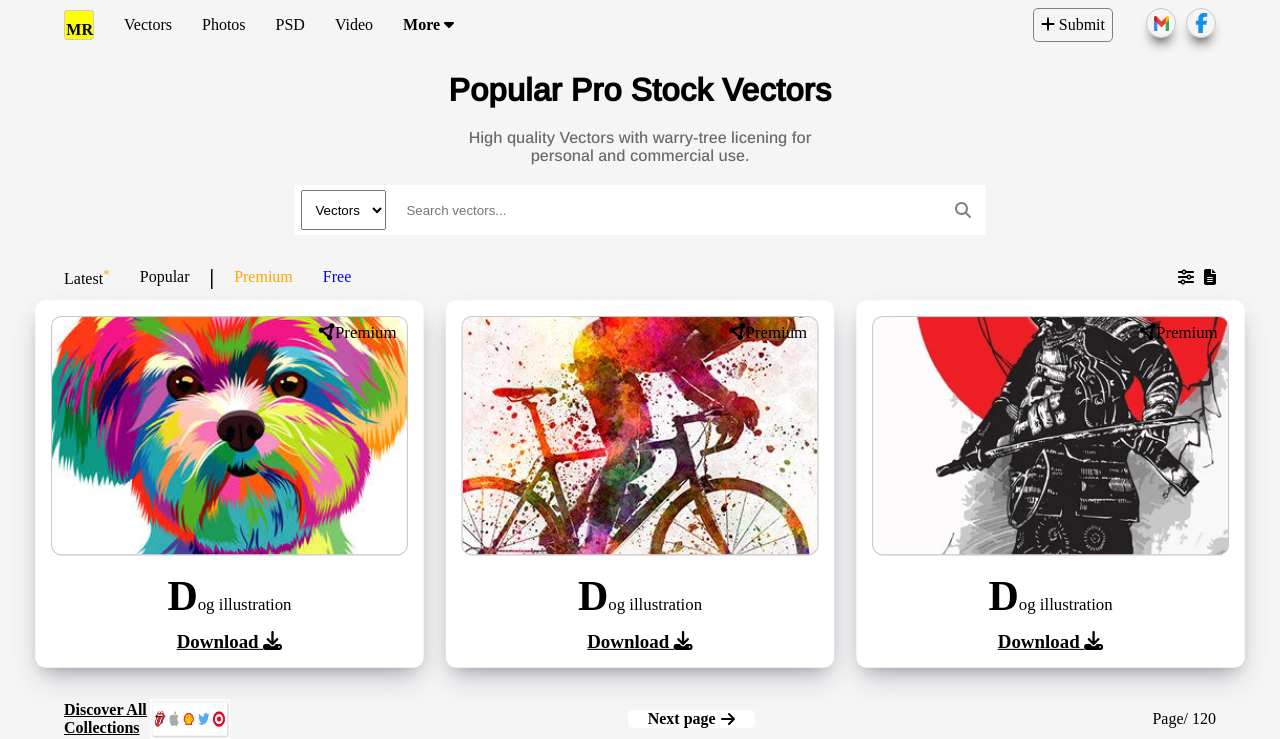
Repository: kegbaDev/VectorTemplate
Page: /
The author's editor kept a copy of each file at every save. The page is drawn from the files as they stood at one save, then again after the next save.
The browser window is 1280 px wide. The pictures show the whole page.
The pointer rests on the first visible `.card_content`.
The project was rebuilt for these pictures with package versions that can differ from the ones it lists, and the page was loaded fresh each time. Also part of the build but not shown: vite.config.js.

Above is the page before, as saved 2023-04-14 01:23:24.

After the next save:
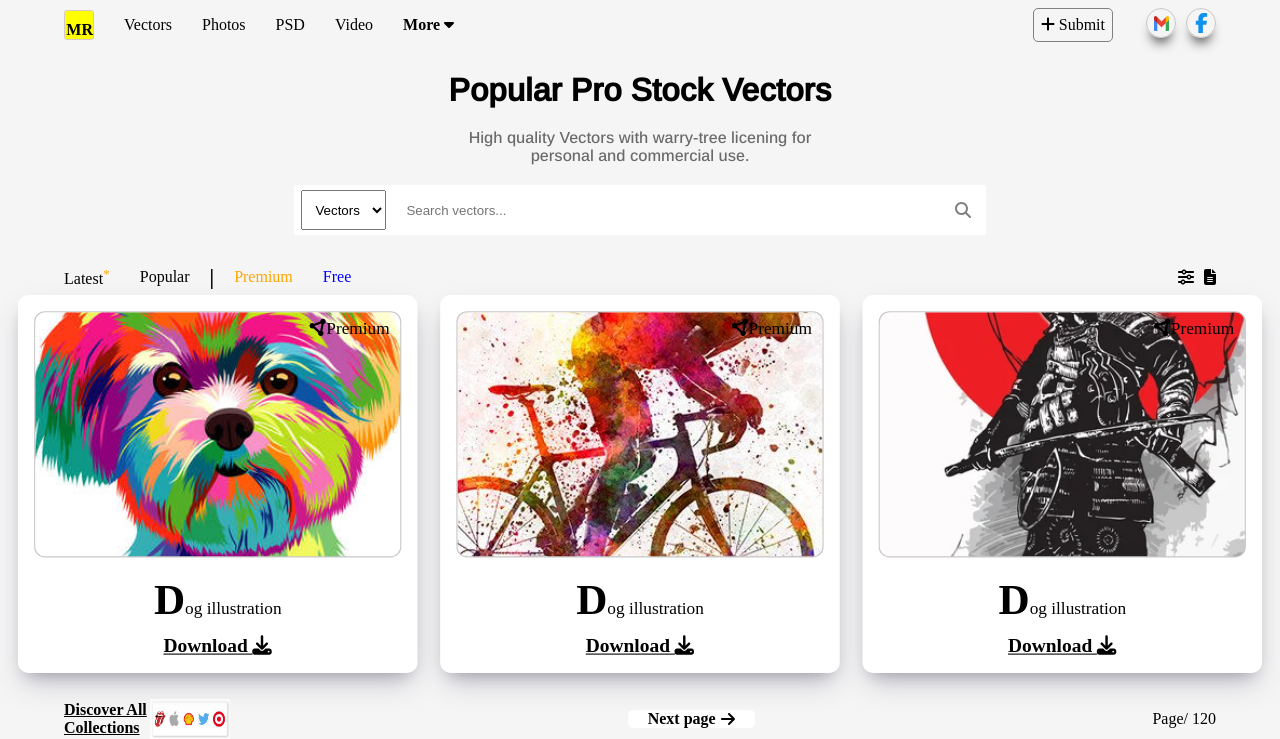
Saved 7 s later.
--- a/src/App.vue
+++ b/src/App.vue
@@ -302,7 +302,7 @@
   transition: all 400ms ease-in-out;
 }
 .card_content:hover{
-  scale: 1.05;
+  scale: 1.08;
 }
 .main_card{
   min-width: 370px;

After the save that followed:
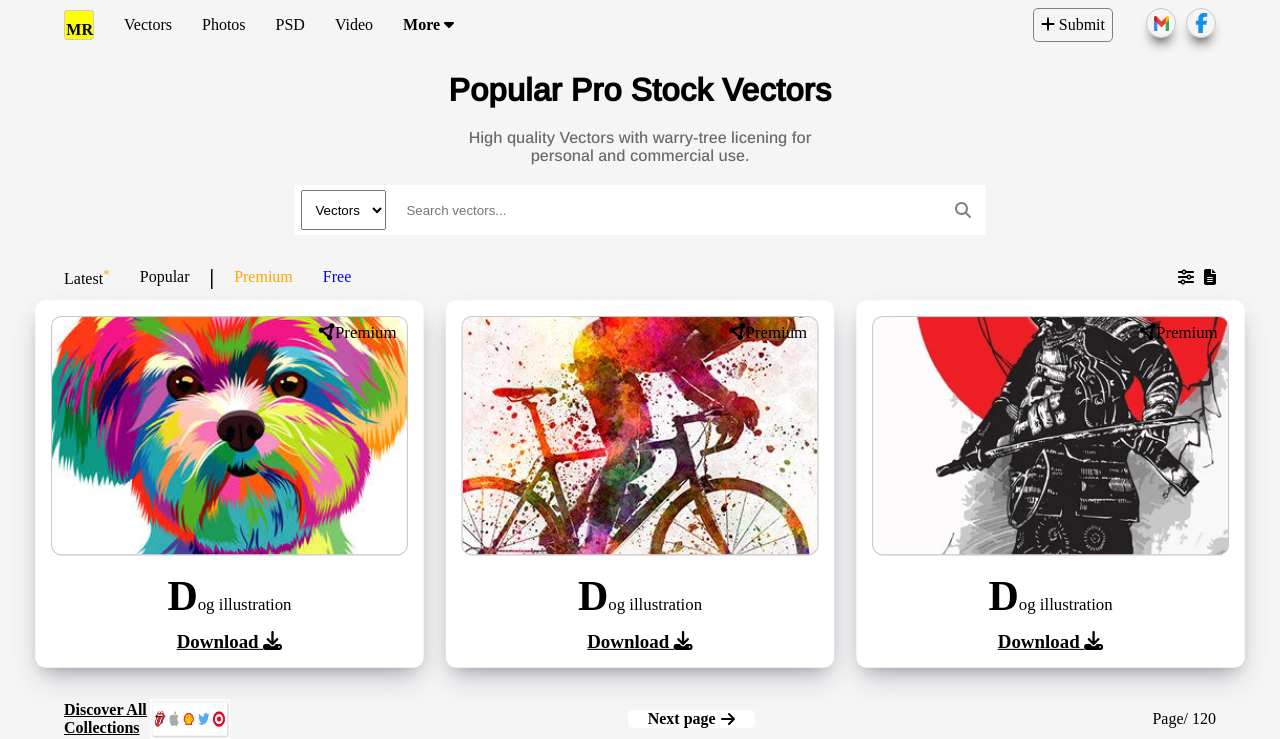
Saved 10 s later.
--- a/src/App.vue
+++ b/src/App.vue
@@ -302,7 +302,7 @@
   transition: all 400ms ease-in-out;
 }
 .card_content:hover{
-  scale: 1.08;
+  scale: 1.05;
 }
 .main_card{
   min-width: 370px;
